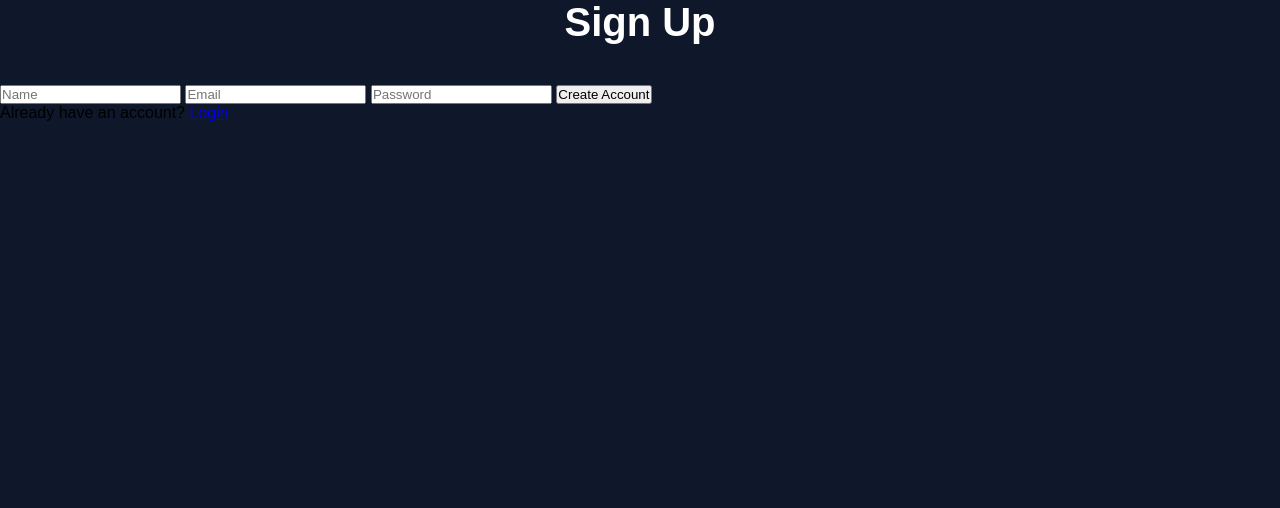
Repository: Dinesh-Codebais/movie-tracker
Page: signup.html
These files come from the project's save history. The page is drawn as it stood at one moment and after the next save; the edit follows.
The browser window is 1280 px wide. The pictures show the whole page.

Above is the page before, as saved 2026-06-19 11:52:11.
Console error: TypeError: Cannot read properties of null (reading 'addEventListener')

### signup.html
<!DOCTYPE html>
<html lang="en">
<head>
    <meta charset="UTF-8">
    <meta name="viewport" content="width=device-width, initial-scale=1.0">
    <title>Sign Up</title>

    <link rel="stylesheet" href="style.css">
</head>
<body>

    <div class="form-box">
        <h2>Sign Up</h2>

        <input type="text" id="signupName" placeholder="Name">

        <input type="email" id="signupEmail" placeholder="Email">

        <input type="password" id="signupPassword" placeholder="Password">

        <button onclick="signup()">Create Account</button>

        <p>
            Already have an account?
            <a href="login.html">Login</a>
        </p>
    </div>

    <script src="script.js"></script>

</body>
</html>

### style.css
/* RESET */
*{
    margin:0;
    padding:0;
    box-sizing:border-box;
}

/* BODY */
body{
    background:#0f172a;
    font-family:Arial, sans-serif;
}

/* NAVBAR */
.navbar{
    display:flex;
    justify-content:space-between;
    align-items:center;
    padding:20px 8%;
    background:#111827;

    position:sticky;
    top:0;
    z-index:1000;
}

.logo img {
    height:100px;
    width:auto;
    cursor:pointer;
}

/* LINKS */
.nav-links{
    display:flex;
    list-style:none;
    gap:25px;
}

.nav-links a{
    color:white;
    text-decoration:none;
    padding:8px 15px;
    border-radius:8px;
    transition:0.3s;
}

.nav-links a:hover{
    background:#e50914;
    color:white;
}

/* HERO */
.hero{
    height:90vh;
    display:flex;
    justify-content:center;
    align-items:center;
    text-align:center;
    background:
    linear-gradient(rgba(0,0,0,0.6),rgba(0,0,0,0.7)),
    url("https://images.unsplash.com/photo-1489599849927-2ee91cede3ba");
    background-size:cover;
    background-position:center;
}

.hero-content{
    max-width:700px;
    color:white;
}

.hero-content h1{
    font-size:60px;
}

.hero-content p{
    font-size:20px;
    color:#d1d5db;
    margin:20px 0;
}

/* BUTTON */
.btn{
    display:inline-block;
    padding:15px 35px;
    background:#e50914;
    color:white;
    text-decoration:none;
    border-radius:8px;
    transition:0.3s;
}

.btn:hover{
    transform:translateY(-3px);
}

/* SECTIONS */
.trending,
.features,
.categories,
.stats,
.testimonials,
.newsletter{
    padding:80px 10%;
}

/* TITLES */
h2{
    text-align:center;
    color:white;
    font-size:40px;
    margin-bottom:40px;
}

/* GRID SYSTEM */
.movie-grid,
.feature-grid,
.category-grid,
.stats-grid,
.testimonial-grid{
    display:grid;
    gap:30px;
}

/* MOVIE CARDS */
.movie-grid{
    grid-template-columns:repeat(auto-fit,minmax(250px,1fr));
}

.movie-card img{
    width:100%;
    height:350px;
    object-fit:cover;
    display:block;
}

.movie-card h3{
    color:white;
    margin-top:15px;
}

.movie-card p{
    color:#facc15;
    margin:10px 0 20px;
}

.movie-card:hover{
    transform:translateY(-10px) scale(1.03);
}

/* FEATURE */
.feature-grid{
    grid-template-columns:repeat(auto-fit,minmax(250px,1fr));
}

.feature-card,
.category-card,
.stat-card,
.testimonial-card{
    background:#1f2937;
    padding:30px;
    border-radius:15px;
    color:white;
    text-align:center;
    transition:0.3s;
}

/* CATEGORY */
.category-grid{
    grid-template-columns:repeat(auto-fit,minmax(180px,1fr));
}

.category-card:hover{
    background:#e50914;
    transform:scale(1.05);
}

/* STATS */
.stats-grid{
    grid-template-columns:repeat(auto-fit,minmax(200px,1fr));
}

.stat-card h3{
    color:#e50914;
    font-size:40px;
}

/* TESTIMONIAL */
.testimonial-grid{
    grid-template-columns:repeat(auto-fit,minmax(280px,1fr));
}

/* NEWSLETTER */
.newsletter-form input{
    padding:15px;
    width:300px;
    border:none;
    border-radius:8px;
}

.newsletter-form button{
    padding:15px 25px;
    background:#e50914;
    color:white;
    border:none;
    border-radius:8px;
}

/* CTA */
.cta{
    padding:100px 10%;
    text-align:center;
    background:linear-gradient(135deg,#e50914,#ff3b3b);
}

.cta h2{
    color:white;
    font-size:45px;
}

.cta-btn{
    display:inline-block;
    padding:15px 35px;
    background:white;
    color:#e50914;
    border-radius:10px;
    font-weight:bold;
}

/* FOOTER */
.footer{
    background:#111827;
    padding:60px 20px;
    text-align:center;
    color:white;
}

/* RESPONSIVE */
@media(max-width:768px){
    .navbar{
        flex-direction:column;
    }

    .nav-links{
        flex-direction:column;
        margin-top:15px;
    }

    .hero-content h1{
        font-size:35px;
    }
}

/* SMOOTH SCROLL */
html{
    scroll-behavior:smooth;
}
@keyframes fadeUp {
    from{
        opacity: 0;
        transform: translateY(30px);
    }
    to{
        opacity: 1;
        transform: translateY(0);
    }
}
.watch-btn{
    margin-bottom:20px;
    padding:10px 20px;
    border:none;
    border-radius:5px;
    background:#e50914;
    color:white;
    cursor:pointer;
}

.watch-btn:hover{
    opacity:0.8;
}

.slider-section{
    text-align:center;
    padding:60px 10%;
}

#slider-img{
    width:300px;
    height:450px;
    object-fit:cover;
    border-radius:15px;
}
.watchlist{
    padding:80px 10%;
    margin-top:50px;
    background:#111827;
    text-align:center;
}

.watchlist h2{
    color:white;
    font-size:40px;
    margin-bottom:20px;
}

.watchlist p{
    color:#d1d5db;
}
.dark {
    background: #0f172a;
    color: white;
}

.light {
    background: white;
    color: black;
}
body.dark {
    background: #111;
    color: white;
}

body.dark .navbar {
    background: #000;
}

body.dark .movie-card {
    background: #1e1e1e;
    color: white;
}

body.dark .feature-card,
body.dark .stat-card {
    background: #222;
}

.nav-links a.active {
    color: #ff3c78;
    font-weight: bold;
    border-bottom: 2px solid #ff3c78;
}
/* =========================
   MOVIE CARD UPGRADE
========================= */

.movie-card{
    background:#1f2937;
    padding:15px;
    border-radius:15px;
    transition:0.3s;
}

.movie-card:hover{
    transform:translateY(-10px) scale(1.03);
}

/* =========================
   WATCHLIST
========================= */

#watchlistMovies{
    list-style:none;
    padding:0;
    margin-top:20px;
}

#watchlistMovies li{
    background:#1f2937;
    color:white;
    padding:12px;
    margin:10px auto;
    width:300px;
    border-radius:10px;
    font-weight:bold;
    box-shadow:0 0 10px rgba(0,0,0,0.3);
}

/* =========================
   SLIDER
========================= */

#slider-img{
    width:300px;
    height:450px;
    object-fit:cover;
    border-radius:15px;
    box-shadow:0 0 25px rgba(229,9,20,0.5);
    transition:0.5s;
}

/* =========================
   DARK MODE
========================= */

body.dark{
    background:#111;
    color:white;
}

body.dark .navbar{
    background:#000;
}

body.dark .movie-card{
    background:#222;
}

body.dark .feature-card,
body.dark .category-card,
body.dark .stat-card,
body.dark .testimonial-card{
    background:#222;
}

body.dark .watchlist{
    background:#000;
}

body.dark #watchlistMovies li{
    background:#333;
    color:white;
}

body.dark .footer{
    background:#000;
}

### script.js
console.log("JS Connected");

// =========================
// MOVIE DATA
// =========================

const movieData = [
    {
        title: "Interstellar",
        rating: 8.7
    },
    {
        title: "Oppenheimer",
        rating: 8.5
    },
    {
        title: "Avatar",
        rating: 8.1
    }
];

console.log("Movie Tracker JS Connected!");
console.log(movieData);

console.log(movieData[0].title);
console.log(movieData[1].rating);

movieData.forEach(function(movie){
    console.log(movie.title);
});


// =========================
// SEARCH
// =========================

const searchInput = document.getElementById("searchInput");
const movies = document.querySelectorAll(".movie-card");

searchInput.addEventListener("keyup", function () {

    const value = searchInput.value.toLowerCase();

    movies.forEach(function (movie) {

        const movieName = movie
            .querySelector("h3")
            .textContent
            .toLowerCase();

        if (movieName.includes(value)) {
            movie.style.display = "block";
        } else {
            movie.style.display = "none";
        }

    });

});


// =========================
// IMAGE SLIDER
// =========================

const sliderImage = document.getElementById("slider-img");

if (sliderImage) {

    const images = [
        "images/movie1.jpg",
        "images/movie2.jpg",
        "images/movie3.jpg"
    ];

    let currentIndex = 0;

    setInterval(function () {

        currentIndex++;

        if (currentIndex >= images.length) {
            currentIndex = 0;
        }

        sliderImage.src = images[currentIndex];

    }, 3000);
}


// =========================
// WATCHLIST
// =========================

let savedMovies =
    JSON.parse(localStorage.getItem("watchlist")) || [];

const watchButtons =
    document.querySelectorAll(".watch-btn");

const watchList =
    document.getElementById("watchlistMovies");

const watchCount =
    document.getElementById("watchCount");

function renderWatchlist() {

    if (!watchList) return;

    watchList.innerHTML = "";

    savedMovies.forEach(function (movie, index) {

        const li = document.createElement("li");

        li.innerHTML = `
            ${movie}
            <button onclick="removeMovie(${index})">
                ❌
            </button>
        `;

        watchList.appendChild(li);

    });

    if (watchCount) {
        watchCount.textContent = savedMovies.length;
    }
}

function removeMovie(index) {

    savedMovies.splice(index, 1);

    localStorage.setItem(
        "watchlist",
        JSON.stringify(savedMovies)
    );

    renderWatchlist();
}

renderWatchlist();

watchButtons.forEach(function (button) {

    button.addEventListener("click", function () {

        const movieCard =
            button.parentElement;

        const movieName =
            movieCard.querySelector("h3")
            .textContent;

        if (!savedMovies.includes(movieName)) {

            savedMovies.push(movieName);

            localStorage.setItem(
                "watchlist",
                JSON.stringify(savedMovies)
            );

            renderWatchlist();

            alert(movieName + " added to Watchlist!");
        }
        else {

            alert("Movie already added!");
        }

    });

});


// =========================
// DARK MODE
// =========================

const darkModeBtn =
    document.getElementById("darkModeBtn");

if (darkModeBtn) {

    darkModeBtn.addEventListener(
        "click",
        function () {

            document.body.classList.toggle("dark");

        }
    );
}


// =========================
// TOTAL MOVIES COUNTER
// =========================

const totalMovies =
    document.getElementById("totalMovies");

if (totalMovies) {

    totalMovies.textContent =
        movies.length;
}
// CHECK LOGIN STATUS

const userInfo = document.getElementById("userInfo");
const userName = document.getElementById("userName");
const logoutBtn = document.getElementById("logoutBtn");

const loggedUser = localStorage.getItem("name");

if (loggedUser) {

    if(userInfo) userInfo.style.display = "block";
    if(userName) userName.textContent = loggedUser;
    if(logoutBtn) logoutBtn.style.display = "block";
}

// LOGOUT

function logout() {

    localStorage.removeItem("name");
    localStorage.removeItem("email");
    localStorage.removeItem("password");

    alert("Logged Out Successfully");

    window.location.reload();
}
function signup(){

    let name = document.getElementById("signupName").value;
    let email = document.getElementById("signupEmail").value;
    let password = document.getElementById("signupPassword").value;

    localStorage.setItem("name", name);
    localStorage.setItem("email", email);
    localStorage.setItem("password", password);

    alert("Account Created");

    window.location.href = "index.html";
}
function login(){

    let email = document.getElementById("loginEmail").value;
    let password = document.getElementById("loginPassword").value;

    let savedEmail = localStorage.getItem("email");
    let savedPassword = localStorage.getItem("password");

    if(email === savedEmail && password === savedPassword){

        alert("Login Successful");

        window.location.href = "index.html";

    }else{

        alert("Wrong Email or Password");
    }
}

After the next save:
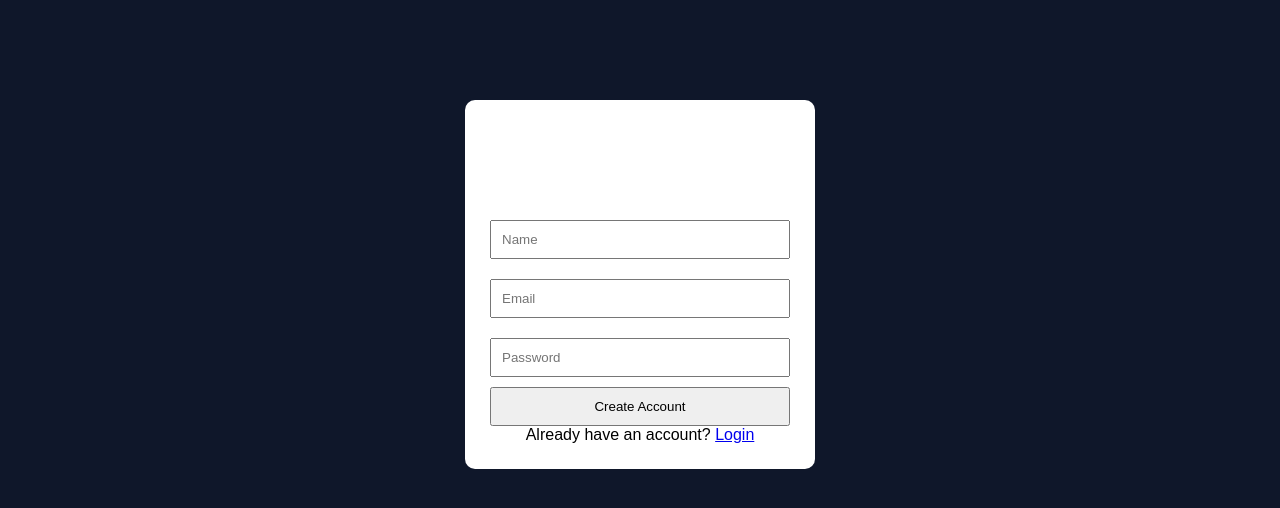
Saved 17 s later.
--- a/style.css
+++ b/style.css
@@ -424,3 +424,24 @@
 body.dark .footer{
     background:#000;
 }
+
+.form-box{
+    width:350px;
+    margin:100px auto;
+    background:white;
+    padding:25px;
+    border-radius:10px;
+    text-align:center;
+}
+
+.form-box input{
+    width:100%;
+    padding:10px;
+    margin:10px 0;
+}
+
+.form-box button{
+    width:100%;
+    padding:10px;
+    cursor:pointer;
+}
